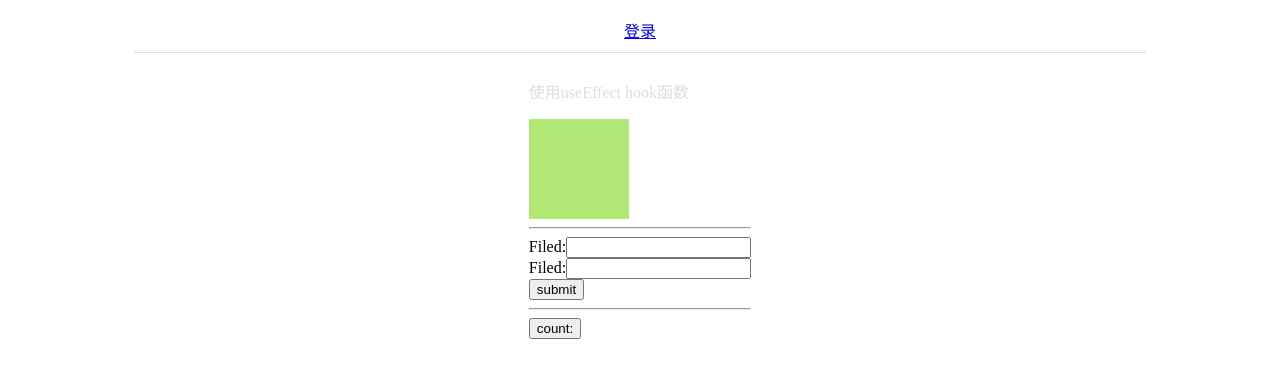
Repository: shellingfordly/js-library-Demo
Page: /about (app in demo/react/demo/)
These files come from the project's save history. The page is drawn as it stood at one moment and after the next save; the edit follows.
The browser window is 1280 px wide. The pictures show the whole page.
The project was rebuilt for these pictures with package versions that can differ from the ones it lists, and the page was loaded fresh each time. Also part of the build but not shown: demo/react/demo/src/views/home/components/UseReducer.js, demo/react/demo/src/views/home/components/SetTimeout.js, demo/react/demo/src/views/home/hook/context.js, demo/react/demo/src/views/home/components/context/useContext.js, demo/react/demo/src/views/home/components/context/contextType.js, demo/react/demo/src/views/home/components/context/consumer.js, demo/react/demo/src/views/home/utils/highComponent.js, demo/react/demo/src/views/home/Home.js and 3 more.

Above is the page before, as saved 2021-01-15 22:50:33.

After the next save:
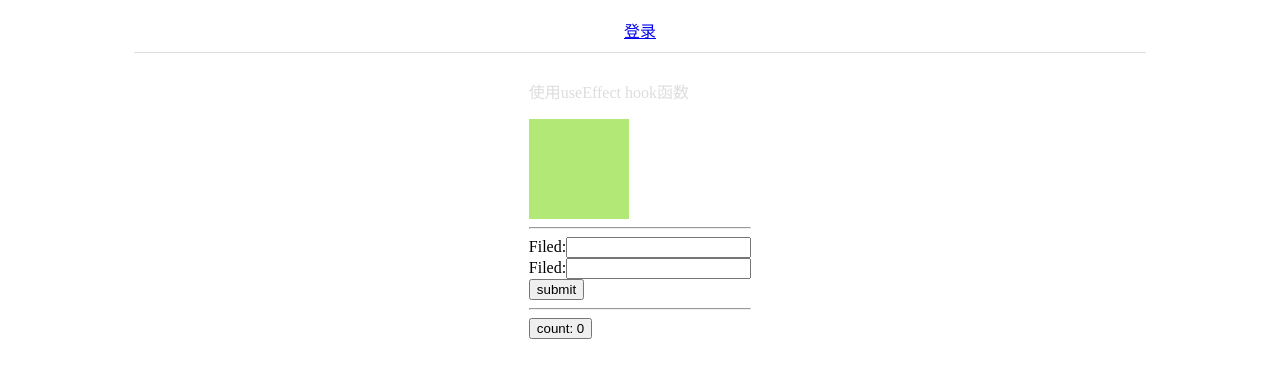
Saved 9 s later.
--- a/demo/react/demo/src/views/about/components/PureComponent.js
+++ b/demo/react/demo/src/views/about/components/PureComponent.js
@@ -14,7 +14,7 @@ export default class OptimizationComponent extends PureComponent {
     return (
       <div>
 
-        <button onClick={this.add}>count: {this.count}</button>
+        <button onClick={this.add}>count: {this.state.count}</button>
       </div>
     )
   }
